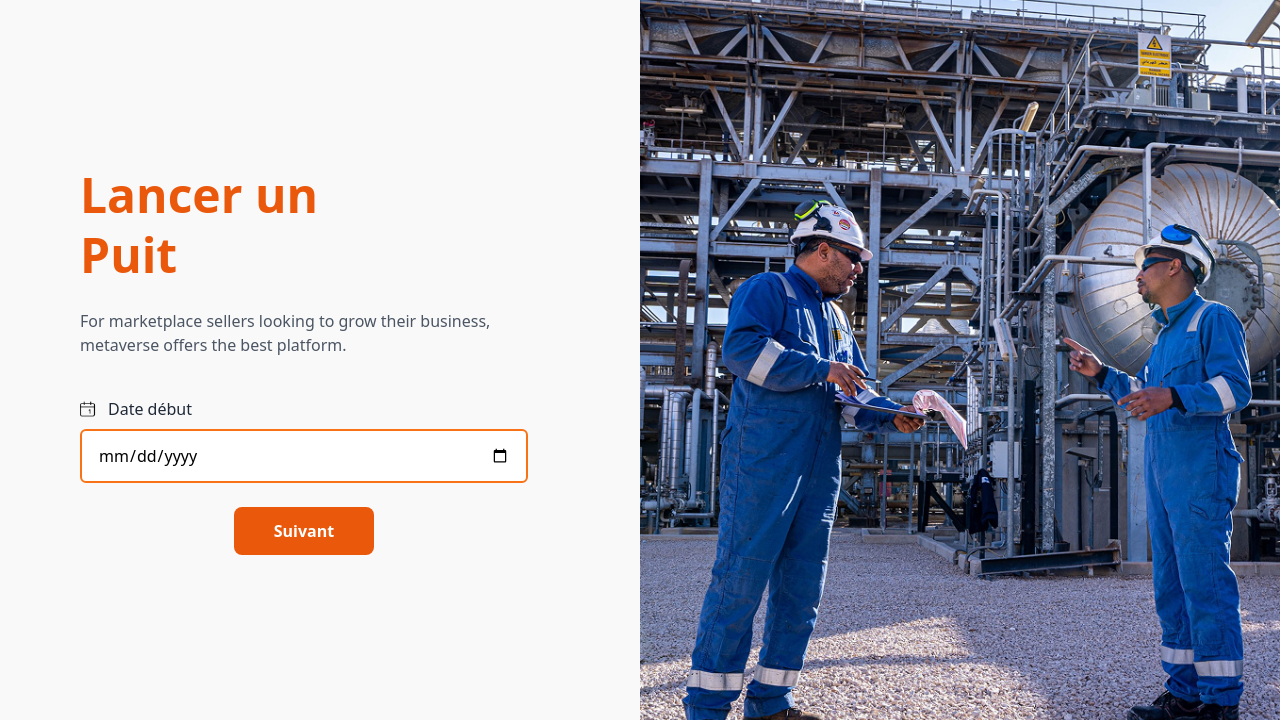
Repository: 123455675848484848484884848484/Projet_2cs
Page: /file (app in front/)
The author's editor kept a copy of each file at every save. The page is drawn from the files as they stood at one save, then again after the next save.
The browser window is 1280 px wide. The pictures show the whole page.
The project was rebuilt for these pictures with package versions that can differ from the ones it lists, and the page was loaded fresh each time. Also part of the build but not shown: front/src/App.css, front/src/Login.jsx.

Above is the page before, as saved 2025-04-23 17:43:16.

### front/src/App.jsx

import './App.css';
// App.jsx
import React from "react";
import Login from "./Login";
import LancerPuit from './LancerPuit';

function App() {
  return <LancerPuit />;
}

export default App;

### front/src/LancerPuit.jsx
import React, { useState } from "react";

const LancerPuit = () => {
  const [dateDebut, setDateDebut] = useState("");

  const handleSubmit = (e) => {
    e.preventDefault();
    alert(`Date de début sélectionnée : ${dateDebut}`);
  };

  return (
    <div className="flex h-screen overflow-hidden">
      {/* Partie gauche : formulaire */}
      <div className="w-1/2 bg-[#f9f9f9] flex flex-col justify-center px-20">
        <div className="max-w-md">
          <h1 className="text-[48px] leading-tight font-bold text-orange-600">
            Lancer un <br /> Puit
          </h1>

          <p className="text-[16px] text-gray-600 mt-6 mb-10">
            For marketplace sellers looking to grow their business, metaverse offers the best platform.
          </p>

          <form onSubmit={handleSubmit} className="space-y-6">
            <div>
            <div className="flex items-center gap-2 mb-2">
  <img src="/date.png" alt="date icon" className="w-5 h-5" />
  <label htmlFor="dateDebut" className="text-[16px] text-gray-800 font-medium">
    Date début
  </label>
</div>
              <input
                type="date"
                id="dateDebut"
                value={dateDebut}
                onChange={(e) => setDateDebut(e.target.value)}
                placeholder="jj/mm/aaaa"
                className="w-full border-2 border-orange-500 rounded-md px-4 py-3 placeholder-gray-400 focus:outline-none focus:ring-2 focus:ring-orange-600"
                required
              />
            </div>
            <button
  type="submit"
  className="bg-orange-600 hover:bg-orange-700 text-white text-[16px] font-semibold py-3 px-10 rounded-[8px] transition mx-auto block"
   >
  Suivant
</button>
          </form>
        </div>
      </div>

      {/* Partie droite : image */}
      <div className="w-1/2 h-full">
        <img
          src="/lancerp.png" // assure-toi que l’image est dans le dossier `public`
          alt="Site industriel"
          className="w-full h-full object-cover"
        />
      </div>
    </div>
  );
};

export default LancerPuit;

Loaded but not shown: front/public/index.html (common file); front/src/index.js (common file); front/src/index.css (common file); front/src/reportWebVitals.js (common file); front/tailwind.config.js (common file)

After the next save:
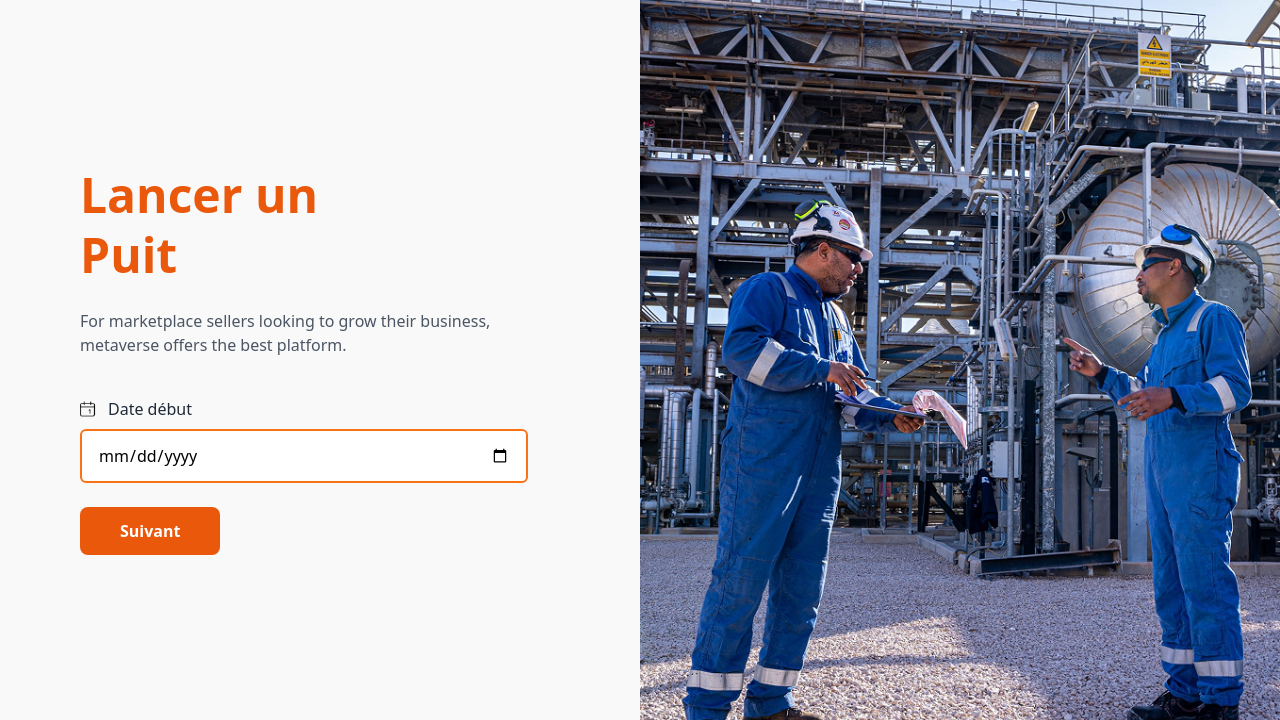
Saved 3 min 56 s later.
--- a/front/src/LancerPuit.jsx
+++ b/front/src/LancerPuit.jsx
@@ -41,8 +41,8 @@ const LancerPuit = () => {
             </div>
             <button
   type="submit"
-  className="bg-orange-600 hover:bg-orange-700 text-white text-[16px] font-semibold py-3 px-10 rounded-[8px] transition mx-auto block"
-   >
+  className="bg-orange-600 hover:bg-orange-700 text-white text-[16px] font-semibold py-3 px-10 rounded-[8px] transition"
+>
   Suivant
 </button>
           </form>
